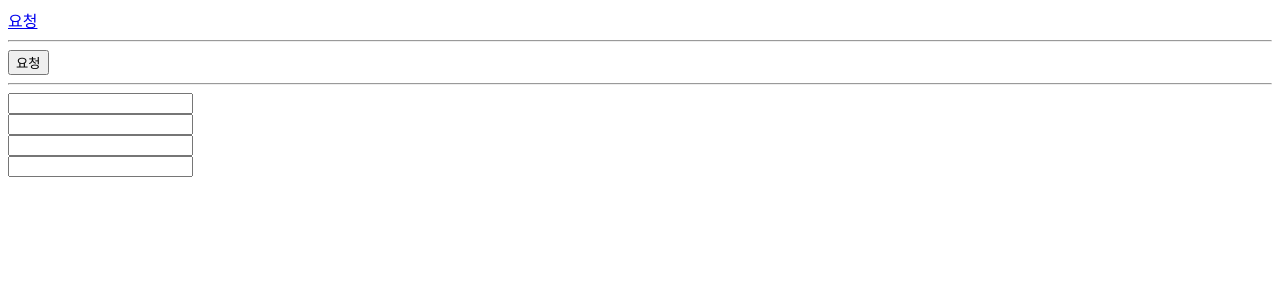
Repository: shyeom94/jspstudy
Page: 01_servlet/src/main/webapp/pkg02_request/NewFile.html
These files come from the project's save history. The page is drawn as it stood at one moment and after the next save; the edit follows.
The browser window is 1280 px wide. The pictures show the whole page.

Above is the page before, as saved 2024-02-28 01:26:19.

### 01_servlet/src/main/webapp/pkg02_request/NewFile.html
<!DOCTYPE html>
<html>
<head>
<meta charset="UTF-8">
<title>Insert title here</title>
<!-- CDN을 이용하기 -->
<script src="https://code.jquery.com/jquery-3.7.1.min.js" integrity="sha256-/JqT3SQfawRcv/BIHPThkBvs0OEvtFFmqPF/lYI/Cxo=" crossorigin="anonymous"></script>
</head>
<body>

  <!-- <a> 태그 요청 -->
  <div>
    <!--<a href="/servlet/request?number=10&number2=1.5">요청</a>-->
    <a id="link" data-number="50" data-number2="5.5">요청</a>
  </div>

  <script>
        var link = document.getElementById('link');
        link.href = '/servlet/request?number=' + link.dataset.number + '&number2=' + link.dataset.number2;
// 프로젝트경로(contextpath)/서블릿경로(urlmapping)?서버쪽으로보내는내용
		// null 값 전달 테스트
  </script>

  <hr>

  <!-- JavaScript : location 객체 요청 -->
  <div data-number="30">
    <button type="button" id="btn" data-number2="3.5">요청</button>
  </div>

  <script>
  // jQuery 이용하기
  let $btn = $('#btn');
  $btn.on('click', (evt)=>{
	  let number = $btn.parent().data('number');
	  let number2 = $btn.data('number2');
	  location.href = `/servlet/request?number=${number}&number2=${number2}`;
  })
  </script>

  <hr>

  <!-- <form> 태그 요청 -->
  <form id="frm" method="POST" action="/servlet/request">
    <div class="inp-wrap">
      <label for=""></label>
      <input type="" name="" id="">
    </div>
    <div class="inp-wrap">
      <label for=""></label>
      <input type="" name="" id="">
    </div>
    <div class="inp-wrap">
      <label for=""></label>
      <input type="" name="" id="">
    </div>
    <div class="inp-wrap">
      <label for=""></label>
      <input type="" name="" id="">
    </div>
  </form>

</body>
</html>

After the next save:
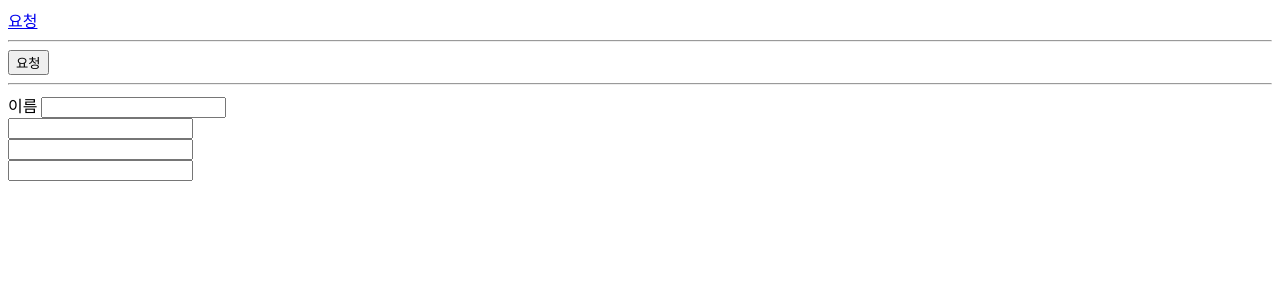
Saved 76 s later.
--- a/01_servlet/src/main/webapp/pkg02_request/NewFile.html
+++ b/01_servlet/src/main/webapp/pkg02_request/NewFile.html
@@ -43,8 +43,8 @@
   <!-- <form> 태그 요청 -->
   <form id="frm" method="POST" action="/servlet/request">
     <div class="inp-wrap">
-      <label for=""></label>
-      <input type="" name="" id="">
+      <label for="name">이름</label>
+      <input type="text" name="name" id="name">
     </div>
     <div class="inp-wrap">
       <label for=""></label>
